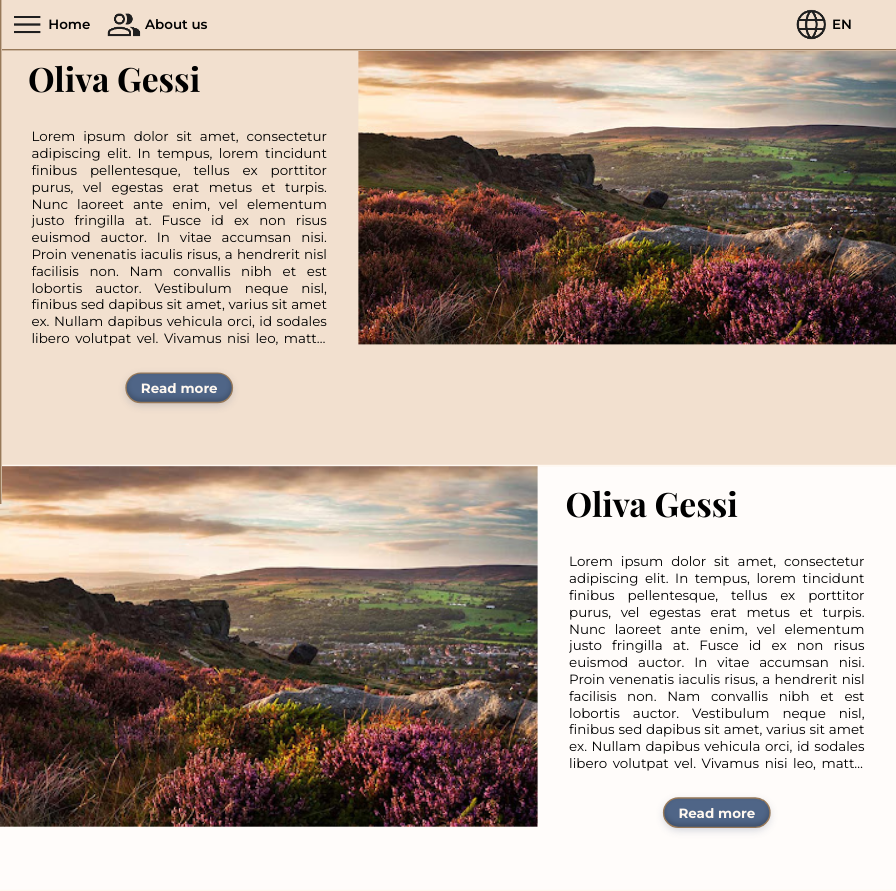
Repository: Seaside-Jokers/Oliva-gessi
Page: index.html
These files come from the project's save history. The page is drawn as it stood at one moment and after the next save; the edit follows.
The browser window is 1280 px wide. The pictures show the whole page, at 70% of full size.
Some web fonts or font styles are not loaded; a fallback is used.

Above is the page before, as saved 2026-02-17 23:27:38.

After the next save:
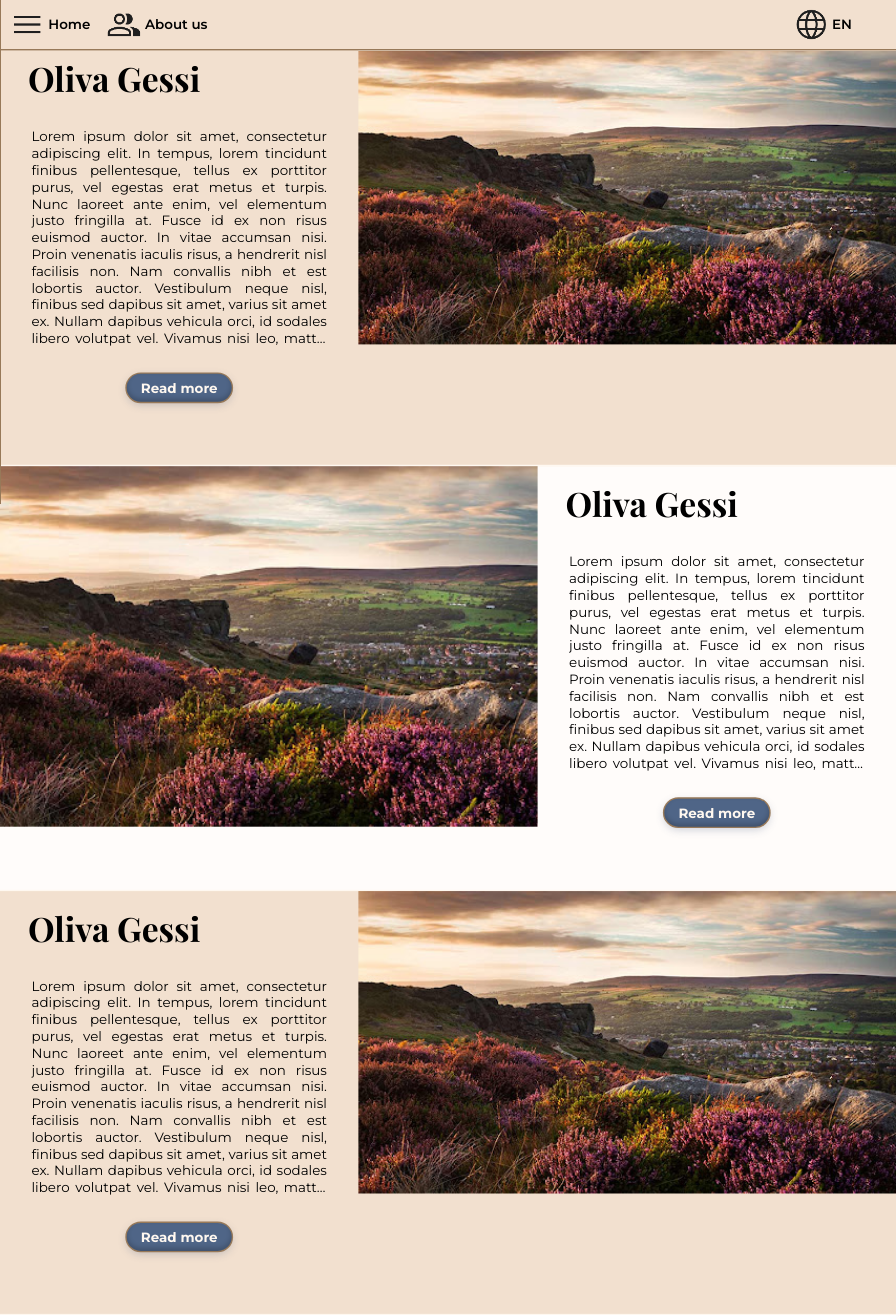
Saved 13 s later.
--- a/index.html
+++ b/index.html
@@ -73,6 +73,14 @@
             <button class="read-more-button" type="button" onclick="" data-key="read_more">Leggi di più</button>
         </div>
     </div>
+    <div class="blocco l">
+        <img src="assets/immagine_16x9.jpg" alt="Foto placeholder del primo blocco" data-key="alt_img1" class="foto-blocco landscape">
+        <div class="container-testo-blocco">
+            <h1 class="titolo-blocco" data-key="title_1">Oliva Gessi</h1>
+            <p class="testo-blocco" data-key="testo_1">Lorem ipsum dolor sit amet, consectetur adipiscing elit. In tempus, lorem tincidunt finibus pellentesque, tellus ex porttitor purus, vel egestas erat metus et turpis. Nunc laoreet ante enim, vel elementum justo fringilla at. Fusce id ex non risus euismod auctor. In vitae accumsan nisi. Proin venenatis iaculis risus, a hendrerit nisl facilisis non. Nam convallis nibh et est lobortis auctor. Vestibulum neque nisl, finibus sed dapibus sit amet, varius sit amet ex. Nullam dapibus vehicula orci, id sodales libero volutpat vel. Vivamus nisi leo, mattis ut est convallis, pharetra ornare ipsum. Fusce elementum velit at massa mattis rutrum. Curabitur tincidunt consectetur nibh, in molestie urna ullamcorper sed. Interdum et malesuada fames ac ante ipsum primis in faucibus.</p>
+            <button class="read-more-button" type="button" onclick="" data-key="read_more">Leggi di più</button>
+        </div>
+    </div>
 
     <!--=======================================================================-->
     <!--                      DO NOT TOUCH BELOW THIS LINE                     -->
